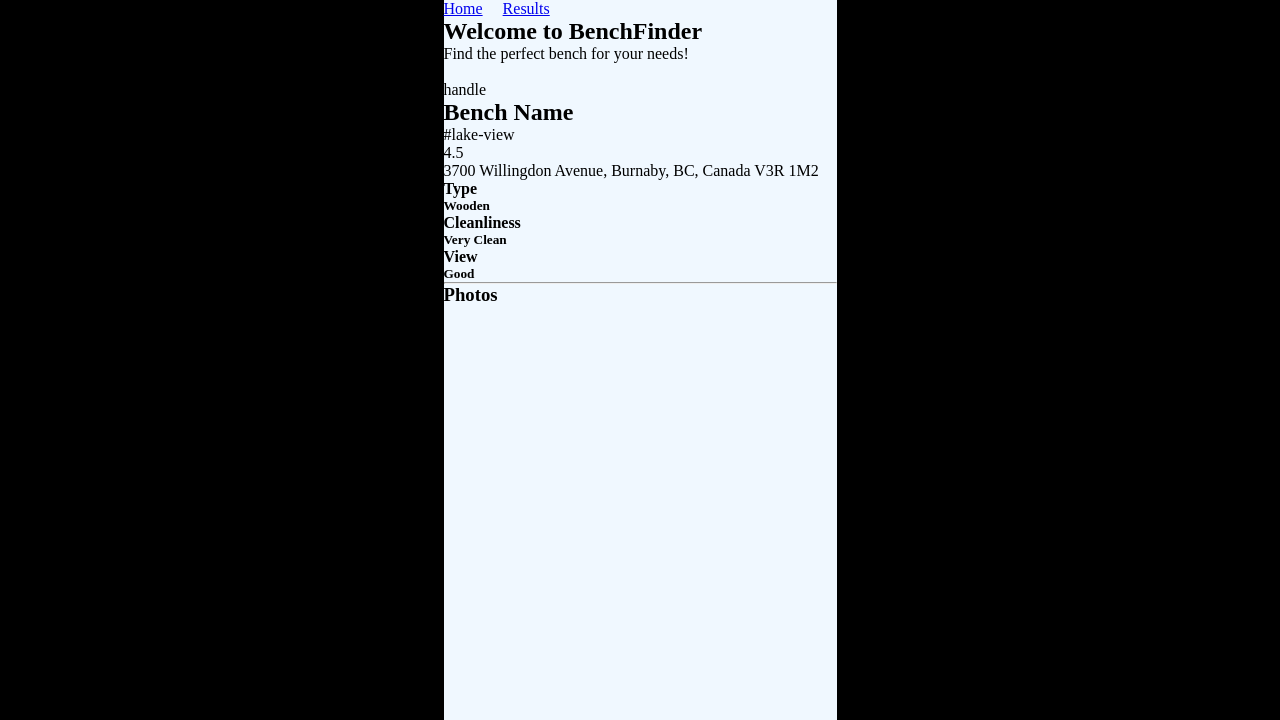
Repository: HidayatPatil/BenchFinder
Page: /
These files come from the project's save history. The page is drawn as it stood at one moment and after the next save; the edit follows.
The browser window is 1280 px wide. The pictures show the whole page.
The project was rebuilt for these pictures with package versions that can differ from the ones it lists, and the page was loaded fresh each time. Also part of the build but not shown: vite.config.js, src/Results.jsx.

Above is the page before, as saved 2025-10-09 18:52:10.

### index.html
<!doctype html>
<html lang="en">
  <head>
    <meta charset="UTF-8" />
    <link rel="icon" type="image/svg+xml" href="/vite.svg" />
    <meta name="viewport" content="width=device-width, initial-scale=1.0" />
    <title>benchfinder</title>
  </head>
  <body>
    <div id="root"></div>
    <script type="module" src="/src/main.jsx"></script>
  </body>
</html>

### src/index.css
/* Reset default margins and padding */
* {
    margin: 0;
    padding: 0;
    box-sizing: border-box;
}

body, html {
    width: 100%;
    height: 100%;
    overflow: hidden;
    background-color: black;
    display: flex;
    justify-content: center;
    align-items: center;
}

#root {
    width: 393px;
    min-width: 320px;
    max-width: 425px;
    height: 100vh;
    background-color: rgb(0, 0, 0);
    position: relative;
}

.app_body {
    width: 393px;
    min-width: 320px;
    max-width: 425px;
    height: 100%;
    background-color: aliceblue;
    margin: 0 auto;
}

### src/App.jsx
import { Routes, Route, Link } from 'react-router-dom'
import Result from './Results'
import Home from './Home'

export default function App(){
  return (
    <div className="app_body">
      {/* <h1 className="container">BenchFinder App</h1> */}
      <nav>
        <Link to="/" style={{ marginRight: '20px' }}>Home</Link>
        <Link to="/results">Results</Link>
      </nav>

      <Routes>
        <Route path="/" element={<Home />} />
        <Route path="/results" element={<Result />} />
      </Routes>
    </div>
  )
}

### src/Home.jsx
import ContentDrawer from "./components/contentDrawer"

export default function Home() {
  return (
    <div>
      <h2>Welcome to BenchFinder</h2>
      <p>Find the perfect bench for your needs!</p>
      <div className="google_maps">
        <img />
      </div>
      <ContentDrawer />
    </div>
  )
}

### src/components/contentDrawer.jsx
export default function ContentDrawer() {
  return (
    <div className="drawer_container">
      <div className="drawer_handle">handle</div>
      <div className="bench_data">
        <div className="data_metadata">
          <div className="metadata_name_options">
            <h2>Bench Name</h2>
            <div className="bench_metadata_options">
                {/* <img />  add icons here
                <img />
                <img /> */}
            </div>
          </div>
          <div className="metadata_tags_rating">
            <div className="bench_tags">#lake-view</div>
            <div className="bench_rating">4.5</div>
          </div>
          <p className="metadata_address">
            3700 Willingdon Avenue, Burnaby, BC, Canada V3R 1M2
          </p>
        </div>
        <div className="data_bench_overview">
          <div className="bench_type">
            <h4 className="overview_title">Type</h4>
            <h5 className="overview_content">Wooden</h5>
          </div>
          <div className="bench_cleanliness">
            <h4 className="overview_title">Cleanliness</h4>
            <h5 className="overview_content">Very Clean</h5>
          </div>
          <div className="bench_view">
            <h4 className="overview_title">View</h4>
            <h5 className="overview_content">Good</h5>
          </div>
        </div>
      </div>
      <hr />
      <div className="bench_photos">
        <div className="photos_heading">
          <h3>Photos</h3>
          {/* <img "add plus icon" />  */}
        </div>
        <div className="photos_gallery">
          <div className="gallery_image"></div>
          <div className="gallery_image"></div>
          <div className="gallery_image"></div>
        </div>
      </div>
    </div>
  );
}

Loaded but not shown: src/main.jsx (common file)

After the next save:
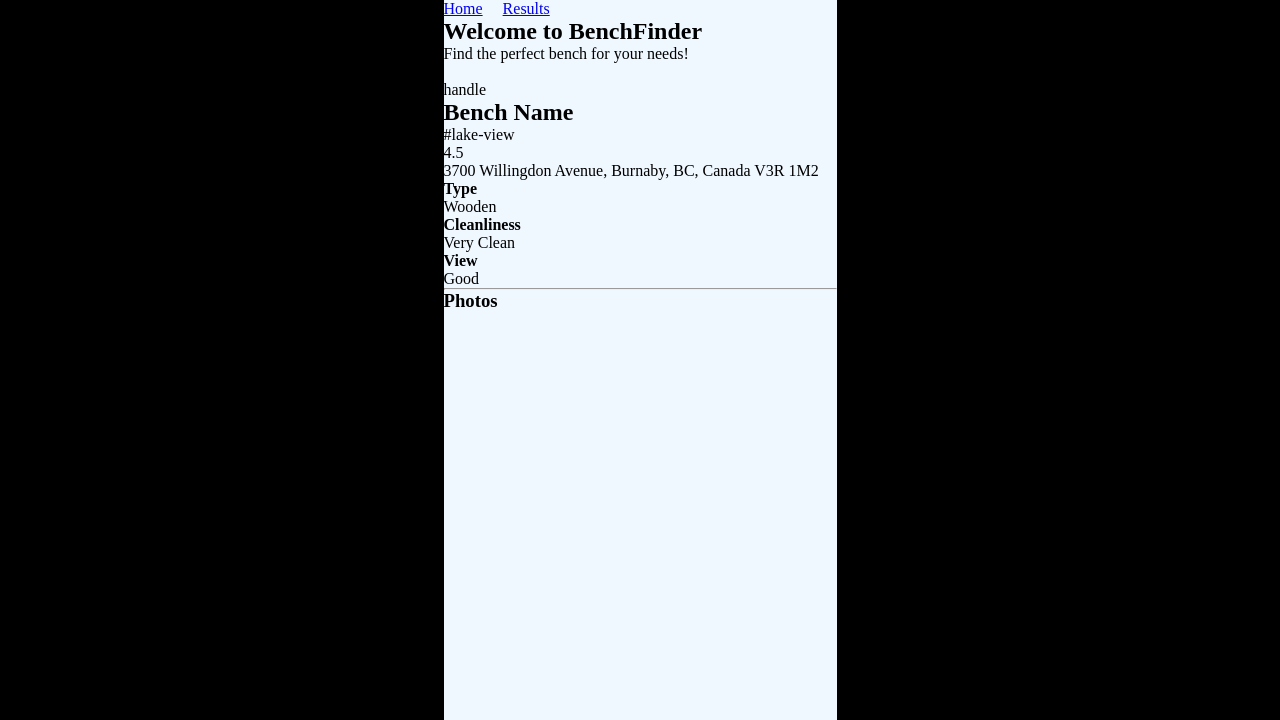
Saved 35 s later.
--- a/src/components/contentDrawer.jsx
+++ b/src/components/contentDrawer.jsx
@@ -23,15 +23,15 @@ export default function ContentDrawer() {
         <div className="data_bench_overview">
           <div className="bench_type">
             <h4 className="overview_title">Type</h4>
-            <h5 className="overview_content">Wooden</h5>
+            <p className="overview_content">Wooden</p>
           </div>
           <div className="bench_cleanliness">
             <h4 className="overview_title">Cleanliness</h4>
-            <h5 className="overview_content">Very Clean</h5>
+            <p className="overview_content">Very Clean</p>
           </div>
           <div className="bench_view">
             <h4 className="overview_title">View</h4>
-            <h5 className="overview_content">Good</h5>
+            <p className="overview_content">Good</p>
           </div>
         </div>
       </div>
